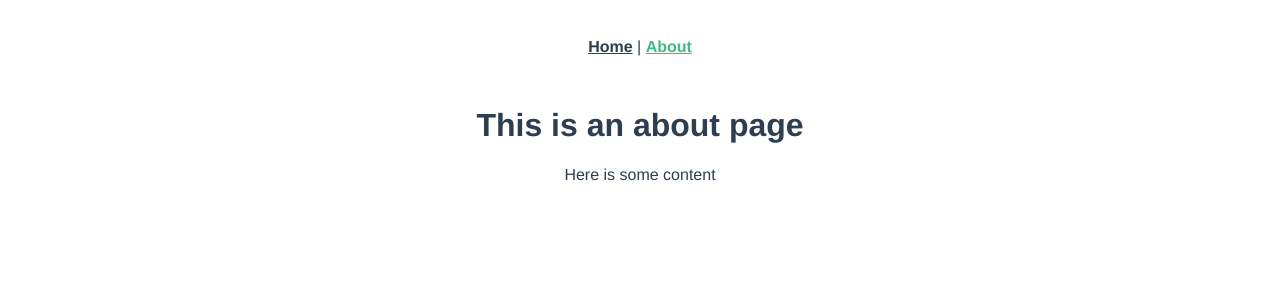
Repository: collegedude9300/numberline
Page: /#/about
These files come from the project's save history. The page is drawn as it stood at one moment and after the next save; the edit follows.
The browser window is 1280 px wide. The pictures show the whole page.
The project was rebuilt for these pictures with package versions that can differ from the ones it lists, and the page was loaded fresh each time. Also part of the build but not shown: vue.config.js, src/components/Counter.vue, src/components/CounterSquared.vue, src/components/Buttons.vue.

Above is the page before, as saved 2023-07-14 08:21:44.

After the next save:
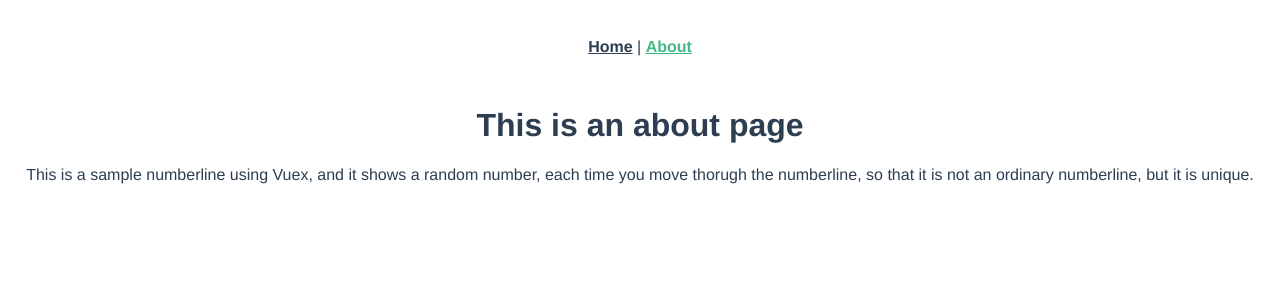
Saved 80 s later.
--- a/src/views/AboutView.vue
+++ b/src/views/AboutView.vue
@@ -1,6 +1,7 @@
 <template>
   <div class="about">
     <h1>This is an about page</h1>
-    <p>Here is some content</p>
+    <p>This is a sample numberline using Vuex, and it shows a random number, each time you move thorugh the numberline,
+      so that it is not an ordinary numberline, but it is unique.</p>
   </div>
 </template>
